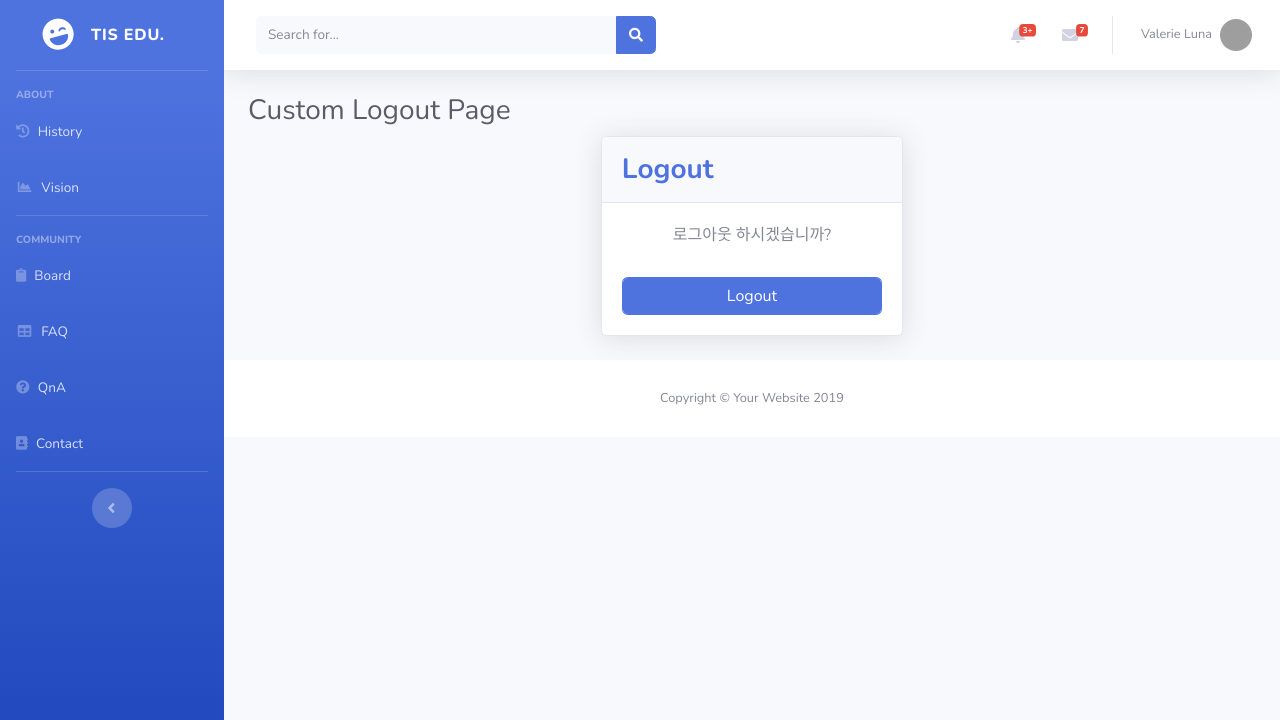
Repository: dkfagh/Spring_WS_2019
Page: http://localhost/ex02/WEB-INF/views/customLogout.jsp
The author's editor kept a copy of each file at every save. The page is drawn from the files as they stood at one save, then again after the next save.
The browser window is 1280 px wide. The pictures show the whole page.
Pictures or frames that could not be fetched are drawn as grey boxes. The page is served by Tomcat 9. Nobody is signed in. The template is opened directly, without the code that normally fills it, so the values that code supplies are empty.

Above is the page before, as saved 2020-01-15 02:40:33.

After the next save:
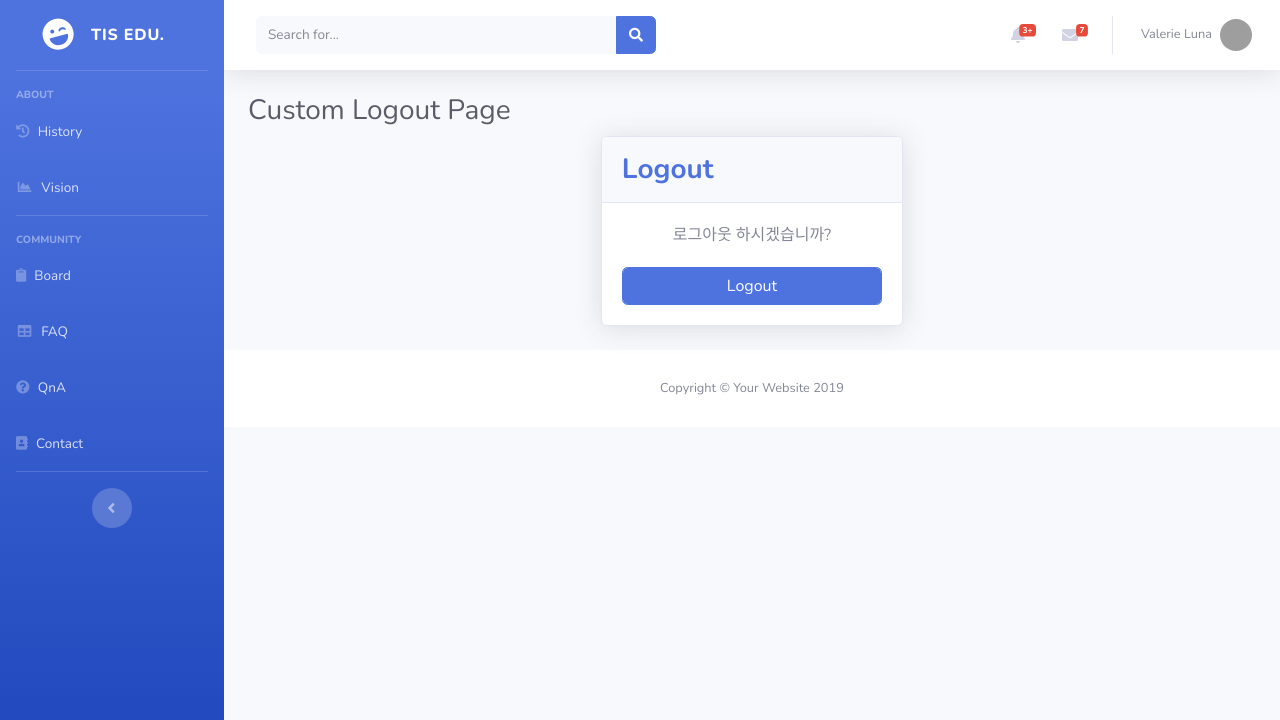
Saved 6 s later.
--- a/ex02/src/main/webapp/WEB-INF/views/customLogout.jsp
+++ b/ex02/src/main/webapp/WEB-INF/views/customLogout.jsp
@@ -19,7 +19,7 @@
 			<div class="card-body">
 
 				<form action="/customLogout" method="post">
-					<div style="text-align:center; padding-bottom:30px;">로그아웃 하시겠습니까?</div>
+					<div style="text-align:center; padding-bottom:20px;">로그아웃 하시겠습니까?</div>
 					<input type="hidden" name="${_csrf.parameterName }" value="${_csrf.token }" />
 					<button class="form-control btn btn-primary" >Logout</button>
 				</form>
